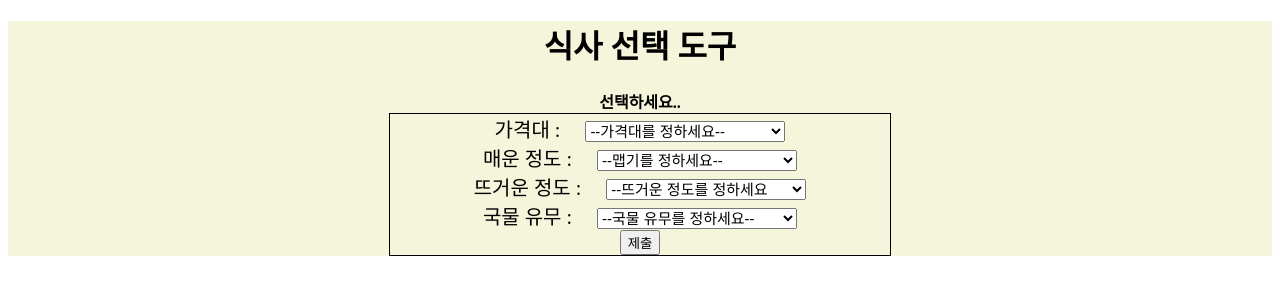
Repository: kimgh06/JavaWeb
Page: http://localhost/what/
The author's editor kept a copy of each file at every save. The page is drawn from the files as they stood at one save, then again after the next save.
The browser window is 1280 px wide. The pictures show the whole page.
The page is served by Tomcat 9. Other server files are loaded and not shown.

Above is the page before, as saved 2022-11-04 00:46:40.

### what/src/main/webapp/index.jsp
<%@ page language="java" contentType="text/html; charset=EUC-KR"
	pageEncoding="EUC-KR"%>
<!DOCTYPE html>
<html>
<head>
<meta charset="EUC-KR">
<title>식사 선택 도구</title>
<link href="./main.css?after" rel="stylesheet" type="text/css">
</head>
<body>
	<div id="main">
		<h1>식사 선택 도구</h1>
		<b>선택하세요..</b>
		<form id="form">
			<div>
				<label>가격대 :</label> <select>
					<option value="-1">--가격대를 정하세요--</option>
					<option value="1">8000이하</option>
					<option value="2">13000이하</option>
					<option value="3">18000이하</option>
					<option value="4">23000이하</option>
					<option value="5">23000이상</option>
				</select>
			</div>
			<div>
				<label>매운 정도 :</label> <select>
					<option value="-1">--맵기를 정하세요--</option>
					<option value="하">맵지 않음</option>
					<option value="중">적당히 매움</option>
					<option value="상">매움</option>
				</select>
			</div>
			<div>
				<label>뜨거운 정도 :</label> <select>
					<option value="-1">--뜨거운 정도를 정하세요</option>
					<option value="하">뜨겁지 않음</option>
					<option value="중">따뜻함</option>
					<option value="상">뜨거움</option>
				</select>
			</div>
			<div>
				<label>국물 유무 :</label> <select>
					<option value="-1">--국물 유무를 정하세요--</option>
					<option value="0">없음</option>
					<option value="1">있음</option>
				</select>
			</div>
			<button>제출</button>
		</form>
	</div>
</body>
</html>

### what/src/main/webapp/main.css
@CHARSET "UTF-8";

#main{
	text-align: center;
	display: block;
	background-color: beige;
}

#form{
	width: 500px;
	display: block;
	border: 1px solid black;
	margin:auto;
}

#form div{
	font-size: 20px;
}
#form div select{
	margin-left: 20px;
	width:200px;
	font-size: 15px;
}

After the next save:
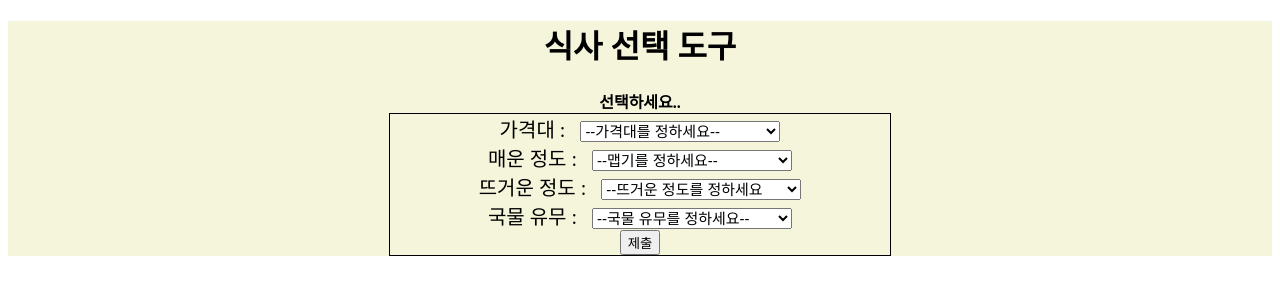
Saved 2 min 28 s later.
--- a/what/src/main/webapp/main.css
+++ b/what/src/main/webapp/main.css
@@ -17,7 +17,7 @@
 	font-size: 20px;
 }
 #form div select{
-	margin-left: 20px;
+	margin-left: 10px;
 	width:200px;
 	font-size: 15px;
 }
